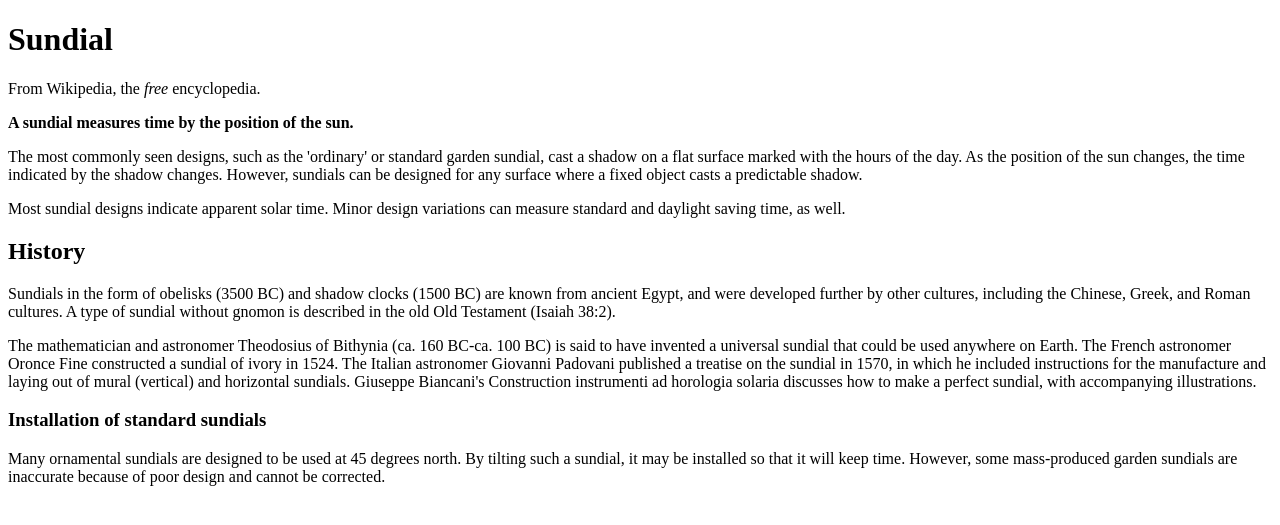
Repository: 9-5-pursuit/lab-intro-to-html
Page: sundial.html
The author's editor kept a copy of each file at every save. The page is drawn from the files as they stood at one save, then again after a run of saves.
The browser window is 1280 px wide. The pictures show the whole page.

Above is the page before, as saved 2023-02-27 21:27:42.

After the next 2 saves:
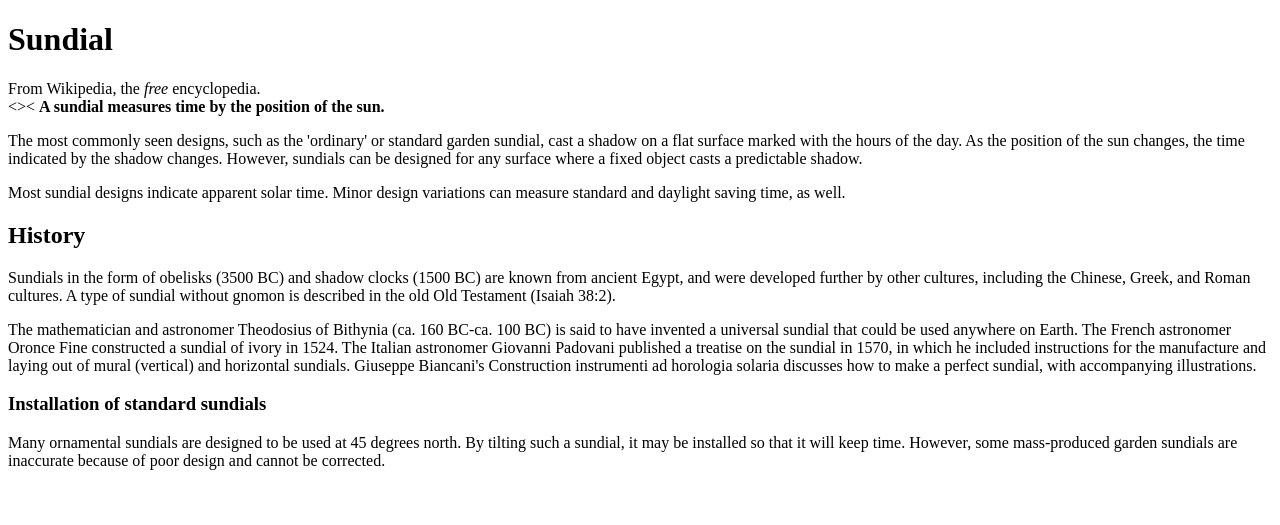
The 2 saves are shown as one change because they came seconds apart.
The last was saved 60 s later.
--- a/sundial.html
+++ b/sundial.html
@@ -11,7 +11,7 @@
       <h1>Sundial</h1>
       <span> From Wikipedia, the <em>free</em> encyclopedia.</span>
     </header>
-    <p></p>
+    <><
     <strong>A sundial measures time by the position of the sun.</strong>
     <p>
       The most commonly seen designs, such as the 'ordinary' or standard garden

After the 2 saves that followed:
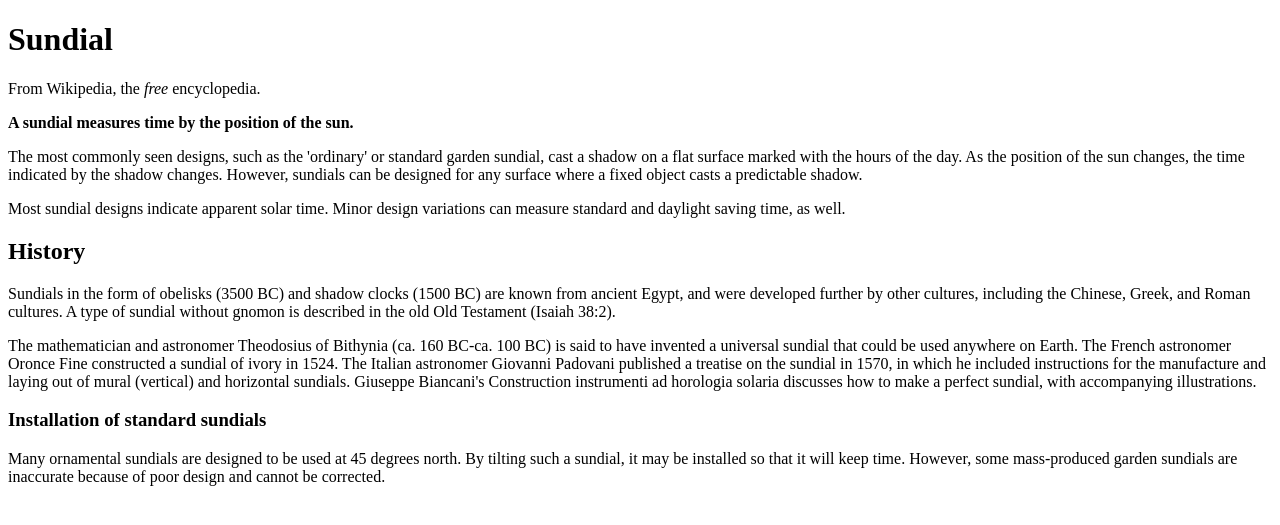
The 2 saves are shown as one change because they came seconds apart.
The last was saved 5 s later.
--- a/sundial.html
+++ b/sundial.html
@@ -11,7 +11,7 @@
       <h1>Sundial</h1>
       <span> From Wikipedia, the <em>free</em> encyclopedia.</span>
     </header>
-    <><
+    <p></p>
     <strong>A sundial measures time by the position of the sun.</strong>
     <p>
       The most commonly seen designs, such as the 'ordinary' or standard garden
